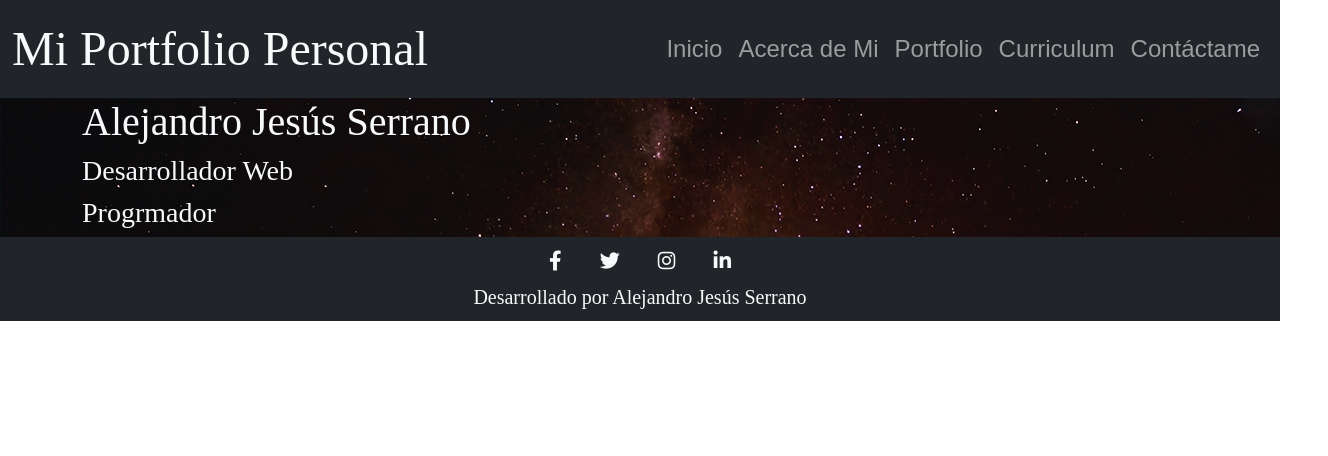
Repository: AlejandroJesusSerrano/portfolio
Page: portfolio/core/templates/core/home.html
These files come from the project's save history. The page is drawn as it stood at one moment and after the next save; the edit follows.
The browser window is 1280 px wide. The page is 1280 px wide, then 1328 px, so the pictures cover 1328 px, including what lies to the right of the window. The pictures show the whole page.
Some web fonts or font styles are not loaded; a fallback is used. The template is drawn by Django 4.2. The application's start-up code is not run. Other server files are loaded and not shown. The template is opened directly, without the code that normally fills it, so the values that code supplies are empty.

Above is the page before, as saved 2023-09-06 09:05:55.

### portfolio/core/templates/core/home.html
{% extends 'core/base.html' %}
{% load static %}

{% block title %} Inicio {% endblock title %}

<!-- header -->
{% block content %}
<div class="home bkg-img">
  <div class="container">
    <div class="row">
      <div class="col-12 brand">
        <div>
          <h1>Alejandro Jesús Serrano</h1>
        </div>
        <div>
          <h3>Desarrollador Web</h3>
        </div>
        <div>
          <h3>Progrmador</h3>
        </div>
      </div>
    </div>
  </div>
</div>
{% endblock content %}

### portfolio/core/templates/core/base.html
{% load static %}

<!DOCTYPE html>
<html lang="en">

<head>
  <meta charset="UTF-8">
  <meta name="viewport" content="width=device-width, initial-scale=1.0">
  <link rel="stylesheet" href={% static 'lib/bootstrap-5.2/css/bootstrap.min.css' %}>
  <link rel="stylesheet" href={% static 'lib/fontawesome-6.4.2/css/all.min.css' %}>
  <link rel="stylesheet" href={% static 'css/styles.css' %}>
  <title>Portafolio Personal - {% block title %} {% endblock title %}</title>
</head>

<body>
  <!-- HEADER -->
  <nav class="navbar navbar-expand-lg navbar-dark bg-dark">
    <div class="container-fluid">
      <a class="navbar-brand brand" href={% url 'home' %}>Mi Portfolio Personal</a>
      <button class="navbar-toggler" type="button" data-bs-toggle="collapse" data-bs-target="#navbarNav"
        aria-controls="navbarNav" aria-expanded="false" aria-label="Toggle navigation">
        <span class="navbar-toggler-icon"></span>
      </button>
      <div class="collapse navbar-collapse" id="navbarNav">
        <ul class="navbar-nav nav_menu ms-auto">
          <li class="nav-item">
            <a class="nav-link" aria-current="page" href={% url 'home' %}>Inicio</a>
          </li>
          <li class="nav-item">
            <a class="nav-link" href={% url 'about' %}>Acerca de Mi</a>
          </li>
          <li class="nav-item">
            <a class="nav-link" href={% url 'portfolio' %}>Portfolio</a>
          </li>
          <li class="nav-item">
            <a class="nav-link" href={% url 'curriculum' %}>Curriculum</a>
          </li>
          <li class="nav-item">
            <a class="nav-link" href={% url 'contact' %}>Contáctame</a>
          </li>
        </ul>
      </div>
    </div>
  </nav>

  <!-- CONTENT - Template Tags -->

  {% block content %} {%endblock content%}

  <div class="mb-0">
    <footer class="bg-dark text-center text-light">
      <section>
        <div class="container">
          <a class="btn btn-link btn-floating btn-lg text-light" href="#" role="button">
            <i class="fab fa-facebook-f"></i>
          </a>
          <a class="btn btn-link btn-floating btn-lg text-light" href="#" role="button">
            <i class="fab fa-twitter"></i>
          </a>
          <a class="btn btn-link btn-floating btn-lg text-light" href="#" role="button">
            <i class="fab fa-instagram"></i>
          </a>
          <a class="btn btn-link btn-floating btn-lg text-light" href="#" role="button">
            <i class="fab fa-linkedin-in"></i>
          </a>
        </div>
        <div class="container">
          <div class="pb-1">
            <h5 class="develop">Desarrollado por Alejandro Jesús Serrano</h5>
          </div>
        </div>
      </section>
    </footer>
  </div>
  <!-- End of .container -->

  <script src={% static 'lib/bootstrap-5.2/js/bootstrap.min.js' %}></script>
  <script src={% static 'lib/fontawesome-6.4.2/js/all.min.js' %}></script>
</body>

</html>

### portfolio/static/css/styles.css
@import url("https://fonts.googleapis.com/css2?family=Arima:wght@500;700&family=Average+Sans&family=Mulish:ital,wght@0,400;0,500;0,700;1,400;1,500;1,700&display=swap");

* {
  margin: 0;
  padding: 0;
  box-sizing: border-box;
}

.brand {
  font-family: "Arima", cursive;
  font-size: 3rem;
  color: #f8f9fa;
}

.nav_menu {
  font-family: "Average Sans", sans-serif;
  font-size: 1.5rem;
}

.develop {
  font-family: "Arima", cursive;
  font-size: 1.25rem;
}

.home {
  background-image: url(../img/sancarlos_noche_web.jpg);
  width: 100%;
}

.img-bkg {
  background-position: center center;
  min-height: 60vh;
  background-attachment: scroll;
  background-size: cover;
  background-repeat: no-repeat;
}

Loaded but not shown: portfolio/static/lib/bootstrap-5.2/css/bootstrap.min.css (library); portfolio/static/lib/fontawesome-6.4.2/css/all.min.css (library); portfolio/static/lib/bootstrap-5.2/js/bootstrap.min.js (library)

After the next save:
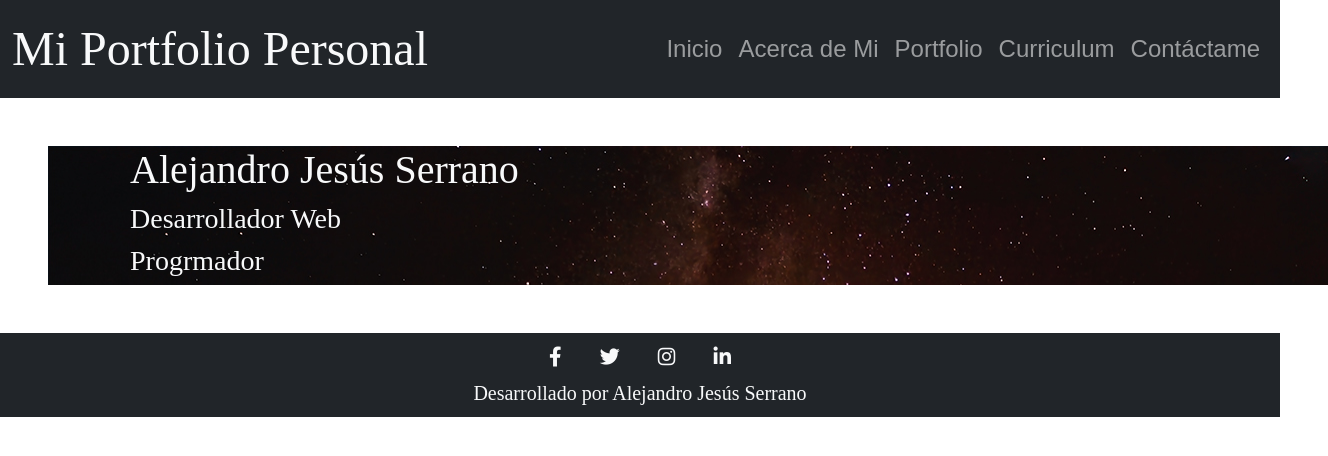
Saved 2 min 6 s later.
--- a/portfolio/core/templates/core/home.html
+++ b/portfolio/core/templates/core/home.html
@@ -5,7 +5,7 @@
 
 <!-- header -->
 {% block content %}
-<div class="home bkg-img">
+<div class="home bkg-img m-5">
   <div class="container">
     <div class="row">
       <div class="col-12 brand">
